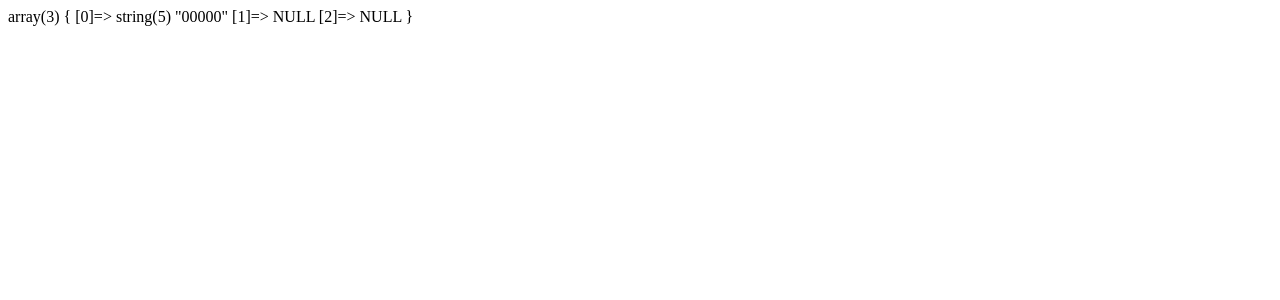
Repository: jcfuentes102/AltaNavidad
Page: http://localhost/docs/phpaltausuario.php
The author's editor kept a record of every edit. The page is drawn from the files as they stood at one moment, then again after the next edit.
The browser window is 1280 px wide. The pictures show the whole page.
The page is run by PHP 8.4 with error messages shown; the project is at /var/www/html/.

Above is the page before.

### docs/phpaltausuario.php
<?php
require '../clases/AutoCarga.php';
$bd = new DataBase();
$gestor = new ManageUser($bd);
$usuario = new User();
$usuario->read();
$u = $usuario->getEmail();

//Subida de la imagen de perfil//
// $MAX_SIZE = 100000000;
// $tamano2 = $_FILES["archivo"]['size'];
// $tipo2 = $_FILES["archivo"]['type'];
// $archivo2 = $_FILES["archivo"]['name'];
// if ($_FILES['archivo']['size'] <= $MAX_SIZE) {
//     if ($_FILES['archivo']['name'] != NULL) {
//         if ($_FILES['archivo']['type'] == "image/jpg"){
//             $destino2 = "../images/profile/" . $u . ".jpg";
//             move_uploaded_file($_FILES['archivo']['tmp_name'], $destino2);
//             echo "<span><br>El archivo <b>" . $archivo2 . "</b> se ha subido correctamente</span> </br>";
//         }elseif ($_FILES['archivo']['type'] == "image/png") {
//             $destino2 = "../images/profile/" . $u . ".png";
//             move_uploaded_file($_FILES['archivo']['tmp_name'], $destino2);
//             echo "<span><br>El archivo <b>" . $archivo2 . "</b> se ha subido correctamente</span> </br>";
//         }elseif ($_FILES['archivo']['type'] == "image/jpeg") {
//             $destino2 = "../images/profile/" . $u . ".jpeg";
//           move_uploaded_file($_FILES['archivo']['tmp_name'], $destino2);
//             echo "<span><br>El archivo <b>" . $archivo2 . "</b> se ha subido correctamente</span> </br>";
//         }

//     }else{
//             echo "Error al subir el archivo " . $archivo2 . "<br><b>" . " El archivo no es una imagen" . "</b>";
//         }
// }else {
//     echo "Error al subir el archivo " . $archivo2 . "<br><b>" . " El archivo es demasiado pesado" . "</b>";
// }

$usuario->setClave(sha1 ($usuario->getClave()));
$usuario->setImagen($u);
$r = $gestor->insert($usuario);
$bd->close();

//echo $r;
var_dump($bd->getError());
//header("Location:../mailmio/enviar.php?op=insert&r=$r&u=$u");

### clases/AutoCarga.php
<?php

class AutoCarga {
    static function cargar($clase){
        $clase = str_replace("\\", "/", $clase);
        $archivo = "../clases/" .$clase . ".php";
         if (file_exists($archivo)) {
              require $archivo;
         }else{
             $archivo = "clases/" .$clase . ".php";
             require $archivo;
         }
   }
}
spl_autoload_register('AutoCarga::cargar'); // Tiene que estar fuera de la clase

### clases/DataBase.php
<?php

class DataBase {

    private $conexion, $consulta;

    function __construct() {
        try {
            $this->conexion = new PDO(
                    'mysql:host=' . Constant::SERVER . ';' .
                    'dbname=' . Constant::DATABASE, Constant::DBUSER, Constant::DBPASSWORD, array(
                PDO::ATTR_PERSISTENT => true,
                PDO::MYSQL_ATTR_INIT_COMMAND => 'set names utf8')
            );
        } catch (PDOException $e) {
            //var_dump($e);
            exit();
            //Esta parte hay que completarla
        }
    }

    function close() {
        $this->conexion = null;
    }

    function getCount() {
        return $this->consulta->rowCount();
    }

    function getId() {
        return $this->conexion->lastInsertId();
    }

    function getErrorConection() {
        return $this->conexion->errorInfo();
    }

    function getError() {
        return $this->consulta->errorInfo();
    }

    function send($sql, $parametros = array()) {
        $this->consulta = $this->conexion->prepare($sql);
        foreach ($parametros as $nombreParametro => $valorParametro) {
            $this->consulta->bindValue($nombreParametro, $valorParametro);
        }
        //echo "parametros:";
        //var_dump($parametros);
        //echo "sql:" .$sql;
        return $this->consulta->execute();
    }

    function getRow() {
        $r = $this->consulta->fetch();
        if ($r === null) {
            $this->consulta->closeCursor();
        }
        return $r;
    }

    function count($tabla, $condicion="1 = 1", $parametros= array()){
        $sql = "select count(*) from $tabla where $condicion";
        $this->send($sql, $parametros);
        $fila = $this->getRow();
        return $fila[0];
    }

    function erase($tabla, $condicion, $parametros = array()) {
        //delete from TABLA where CONDICION
        $sql = "delete from $tabla where $condicion";
        if ($this->send($sql, $parametros)) {
            return $this->getCount();
        }
        return false;
    }

     function delete($tabla, $parametros = array()) {
        //delete from TABLA where CONDICION
        $camposWhere = "";
        foreach ($parametros as $nombreParametro => $valorParametro) {
            $camposWhere .= $nombreParametro . " = :" . $nombreParametro . " and ";
        }
        //$camposWhere .= "1=1";
        $camposWhere = substr($camposWhere, 0, -4);
        $sql = "delete from $tabla where $camposWhere";
        if ($this->send($sql, $parametros)) {
            return $this->getCount();
        }
        return false;
    }

    function insert($tabla, $parametros = array(), $auto = true) {
        //insert into TABLA values (VALORES);
        //insert into TABLA (CAMPOS) values (VALORES);
        //insert into TABLA (c1, c2) values (:c1, :c2);
        //si la tabla tiene un campo autonumerico devuelvo el id
        //si no devuelvo el numero de filas insertadas(1)
        //si error devuelvo false
        $campos = "";
        $valores = "";
        foreach ($parametros as $nombreParametro => $valorParametro) {
            $campos .= $nombreParametro . ",";
            $valores .= ":" . $nombreParametro . ",";
        }
        $campos = substr($campos, 0, -1);
        $valores = substr($valores, 0, -1);
        $sql = "insert into $tabla ($campos) values ($valores)";
        if ($this->send($sql, $parametros)) {
            if ($auto) {
                return $this->getId();
            }
            return $this->getCount();
        }
        return false;
    }

    function update($tabla, $parametrosSet = array(), $parametrosWhere = array()) {
        //update TABLA set VALORES where CONDICION
        //update TABLA set c1=:c1, c2=:c2 where c1=:_c1 and c3=:_c3
        $camposSet = "";
        $camposWhere = "";
        $parametros = array();
        foreach ($parametrosSet as $nombreParametro => $valorParametro) {
            $camposSet .= $nombreParametro . " = :" . $nombreParametro . ",";
            $parametros[$nombreParametro] = $valorParametro;
        }
        $camposSet = substr($camposSet, 0, -1);

        foreach ($parametrosWhere as $nombreParametro => $valorParametro) {
            $camposWhere .= $nombreParametro . " = :_" . $nombreParametro . " and ";
            $parametros["_" . $nombreParametro] = $valorParametro;
        }
        //$camposWhere .= "1=1";
        $camposWhere = substr($camposWhere, 0, -4);
        $sql = "update $tabla set $camposSet where $camposWhere";
        if ($this->send($sql, $parametros)) {
            return $this->getCount();
        }
        return -1;
    }

    function query($tabla, $proyeccion = "*", $parametros = array(), $orden = "1", $limite = "") {
        //select CAMPOS from TABLA where CONDICION order by ORDEN LIMIT
        //select c1,c2 from TABLA where c3=:c3 and c4 = :c4 order by c2 desc,c1 limit 8,15
        $campos = "";
        foreach ($parametros as $nombreParametro => $valorParametro) {
            $campos .= $nombreParametro . " = :" . $nombreParametro . " and ";
        }
        $campos .= "1=1";
        //$campos = substr($campos, 0, -4);
        $limit = "";
        if($limite!==""){
            $limit = "limit $limite";
        }
        $sql = "select $proyeccion from $tabla where $campos order by $orden $limit";
        return $this->send($sql, $parametros);
    }

    function select($tabla, $proyeccion = "*", $condicion = "1 = 1",
                    $parametros = array(), $orden="1", $limite=""){
          $limit = "";
        if($limite!==""){
            $limit = "limit $limite";
        }
        $sql = "select $proyeccion from $tabla "
                . "where $condicion order by $orden $limit";
        return $this->send($sql, $parametros);
    }

}

### clases/Constant.php
<?php

class Constant {
    const DATABASE = "altanavidad";
    const SERVER = "127.0.0.1";
    const DBUSER = "jcfuentes102";
    const DBPASSWORD = "";
    const NRPP = 10;
    const SEMILLA = "Esto Es Top Secret";
}

### clases/ManageUser.php
<?php


class ManageUser {

    private $bd = null;
    private $tabla = "usuario";

    function __construct(DataBase $bd) {
        $this->bd = $bd;
        //var_dump($this->bd);
    }

    function get($email){
        //devuelve un objeto de la clase User
        $parametros = array();
        $parametros['email'] = $email;
        $this->bd->select($this->tabla, "*", "email=:email", $parametros);
        $fila=$this->bd->getRow();
        $usuario = new User();
        $usuario->set($fila);
        return $usuario;
    }

    function delete($email){
        $parametros = array();
        $parametros['email'] = $email;
        return $this->bd->delete($this->tabla, $parametros);
    }

    function deleteUsuarios($parametros){
        return $this->bd->delete($this->tabla, $parametros);
    }

    function erase(User $usuario){
        return $this->delete($usuario->getEmail());
    }

    function set(User $usuario){
        //Update de todos los campos menos el Email, el Email se usara como el where para el update numero de filas modificadas
         $parametrosSet=array();
         $parametrosSet['clave']=$usuario->getClave();
         $parametrosSet['alias']=$usuario->getAlias();
         $parametrosSet['fechaalta']=$usuario->getFechaalta();
         $parametrosSet['activo']=$usuario->getActivo();
         $parametrosSet['administrador']=$usuario->getActivo();
         $parametrosSet['personal']=$usuario->getPersonal();
         $parametrosSet['imagen']=$usuario->getImagen();

        $parametrosWhere = array();
        $parametrosWhere['email'] = $usuario->getEmail();
        return $this->bd->update($this->tabla, $parametrosSet, $parametrosWhere);

    }

    function insert(User $usuario){
        //Se pasa un objeto User y se inserta, se devuelve el Email del elemento con el que se ha insertado
         $parametrosSet=array();
         $parametrosSet['email']=$usuario->getEmail();
         $parametrosSet['clave']=$usuario->getClave();
         $parametrosSet['alias']=$usuario->getAlias();
         $parametrosSet['fechaalta']=$usuario->getFechaalta();
         $parametrosSet['activo']=$usuario->getActivo();
         $parametrosSet['administrador']=$usuario->getActivo();
         $parametrosSet['personal']=$usuario->getpersonal();
         $parametrosSet['imagen']=$usuario->getImagen();
        return $this->bd->insert($this->tabla, $parametrosSet);
    }

    function getList($pagina=1, $orden="", $nrpp=Constant::NRPP, $condicion="1=1", $parametros=array()){

        $ordenPredeterminado = "$orden, email, clave";

        if($orden==="" || $orden === null){
            $ordenPredeterminado = "email, clave";
        }
         $registroInicial = ($pagina-1)*$nrpp;
         $this->bd->select($this->tabla, "*", $condicion, $parametros, $ordenPredeterminado , "$registroInicial, $nrpp");
         $r=array();
         while($fila =$this->bd->getRow()){
             $usuario = new User();
             $usuario->set($fila);
             $r[]=$usuario;
         }
         return $r;
    }

     function getValuesSelect(){
        $this->bd->query($this->tabla, "email", array(), "alias");
        $array = array();
        while($fila=$this->bd->getRow()){
            $array[$fila[0]] = $fila[1];
        }
        return $array;
    }

    function count($condicion="1 = 1", $parametros = array()){
        return $this->bd->count($this->tabla, $condicion, $parametros);
    }

}

### clases/User.php
<?php

//POJO - plana
class User {
    private $email, $clave, $alias, $fechaalta, $activo, $administrador, $personal, $imagen;

    //1º Constructor -> null
   function __construct($email=null, $clave=null, $alias=null, $fechaalta=null, $activo=null, $administrador=null, $personal=null, $imagen=null) {
         $this->email = $email;
         $this->clave = $clave;
         $this->alias = $alias;
         $this->fechaalta = $fechaalta;
         $this->activo = $activo;
         $this->administrador = $administrador;
         $this->personal = $personal;
         $this->imagen = $imagen;
    }

    //2º getter y setter
    public function getEmail() {
        return $this->email;
    }

    public function setEmail($email) {
        $this->email = $email;
    }

    public function getClave() {
        return $this->clave;
    }

    public function setClave($clave) {
        $this->clave = $clave;
    }

    public function getAlias() {
        return $this->alias;
    }

    public function setAlias($alias) {
        $this->alias = $alias;
    }

    public function getFechaalta() {
        return $this->fechaalta;
    }

    public function setFechaalta($fechaalta) {
        $this->fechaalta = $fechaalta;
    }

    public function getActivo() {
        return $this->activo;
    }

    public function setActivo($activo) {
        $this->activo = $activo;
    }

    public function getAdministrador() {
        return $this->administrador;
    }

    public function setAdministrador($administrador) {
        $this->administrador = $administrador;
    }

    public function getPersonal() {
        return $this->personal;
    }

    public function setPersonal($personal) {
        $this->personal = $personal;
    }

    public function getImagen() {
        return $this->imagen;
    }

    public function setImagen($imagen) {
        $this->imagen = $imagen;
    }

    //3º getJson
    public function getJson(){
        $r = '{';
        foreach ($this as $indice => $valor) {
            $r .= '"' .$indice . '":"' .$valor. '",';
        }
        $r = substr($r, 0,-1);
        $r .='}';
        return $r;
    }

    //4º set genérico
    function set($valores, $inicio=0){
        $i = 0;
        foreach ($this as $indice => $valor) {
           $this->$indice = $valores[$i+$inicio];
           $i++;
        }
    }

    public function __toString() {
        $r ='';
        foreach ($this as $key => $valor) {
            $r .= "$valor ";
        }
        return $r;
    }

    public function getArray($valores = true){
        $array = array();
        foreach ($this as $key => $valor) {
            if($valores === true){
                $array[$key] = $valor;
            }else{
                $array[$key]=null;
            }
        }
        return $array;
    }

    function read(){
        foreach ($this as $key => $valor) {
            $this->$key = Request::req($key);
        }
    }

}

### clases/Request.php
<?php

class Request {

    //filtra y limpia valores <script>...</script>
    private static function clean($valor, $filtrar) {
        //Limpiamos
        if($filtrar===true){
            $valor = htmlspecialchars($valor);
        }
        return trim($valor);
    }

    static function get($nombre, $filtrar=true ,$indice = null) {
        if (isset($_GET[$nombre])) {
            return self::read($_GET[$nombre], $filtrar ,$indice);
        }
        return null;
    }

    static function post($nombre, $filtrar=true ,$indice = null) {
        if (isset($_POST[$nombre])) {
            return self::read($_POST[$nombre], $filtrar  ,$indice);
        }
        return null;
    }

    static function req($nombre, $indice=null) {
        $valor = self::post($nombre, $indice);
        if ($valor !== null) {
            return $valor;
        }
        return self::get($nombre, $indice);
    }

    /* ---------- Otra forma -------------

      static function req($nombre) {
      if (Server::isPost()) {
      if (self::post($nombre) != null) {
      return self::post($nombre);
      } else {
      return self::get($nombre);
      }
      }
      return self::get($nombre);
      }
     */

    //$_GET['nombre'] || $_POST['nombre']
   private static function read($parametro, $filtrar=true ,$indice = null) {
        if (is_array($parametro)) {
            if ($indice === null) {
                $array = array();
                foreach ($parametro as $value) {
                    $r = self::clean($value, $filtrar);
                    if($r===""){
                        $r = null;
                    }
                    $array[] = $r;
                }
                return $array;
            } else {
                if (isset($parametro[$indice])) {
                    $r = self::clean($parametro[$indice], $filtrar);
                     if($r===""){
                        $r = null;
                    }
                    return $r;
                }
            }
        } else {
            $r = self::clean($parametro, $filtrar);
            if($r===""){
                $r = null;
            }
            return $r;
        }
    }

    static function elements($nombre) {

    }

}

After the next edit:
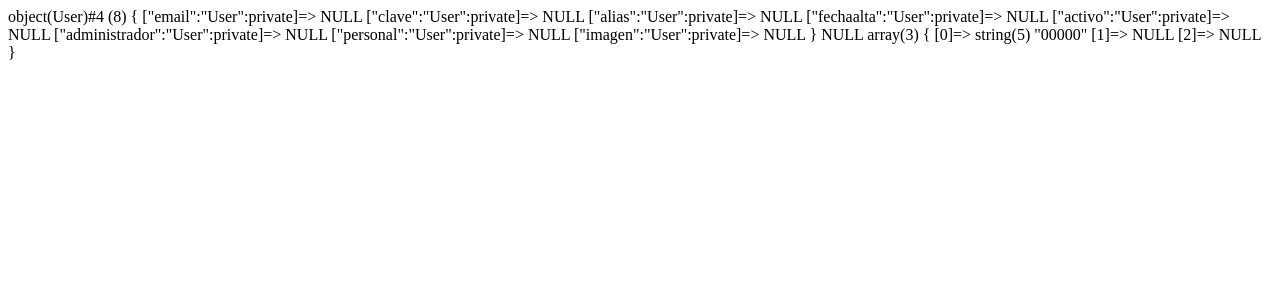
The edit:
--- a/docs/phpaltausuario.php
+++ b/docs/phpaltausuario.php
@@ -33,7 +33,8 @@
 // }else {
 //     echo "Error al subir el archivo " . $archivo2 . "<br><b>" . " El archivo es demasiado pesado" . "</b>";
 // }
-
+var_dump($usuario);
+var_dump($u);
 $usuario->setClave(sha1 ($usuario->getClave()));
 $usuario->setImagen($u);
 $r = $gestor->insert($usuario);
